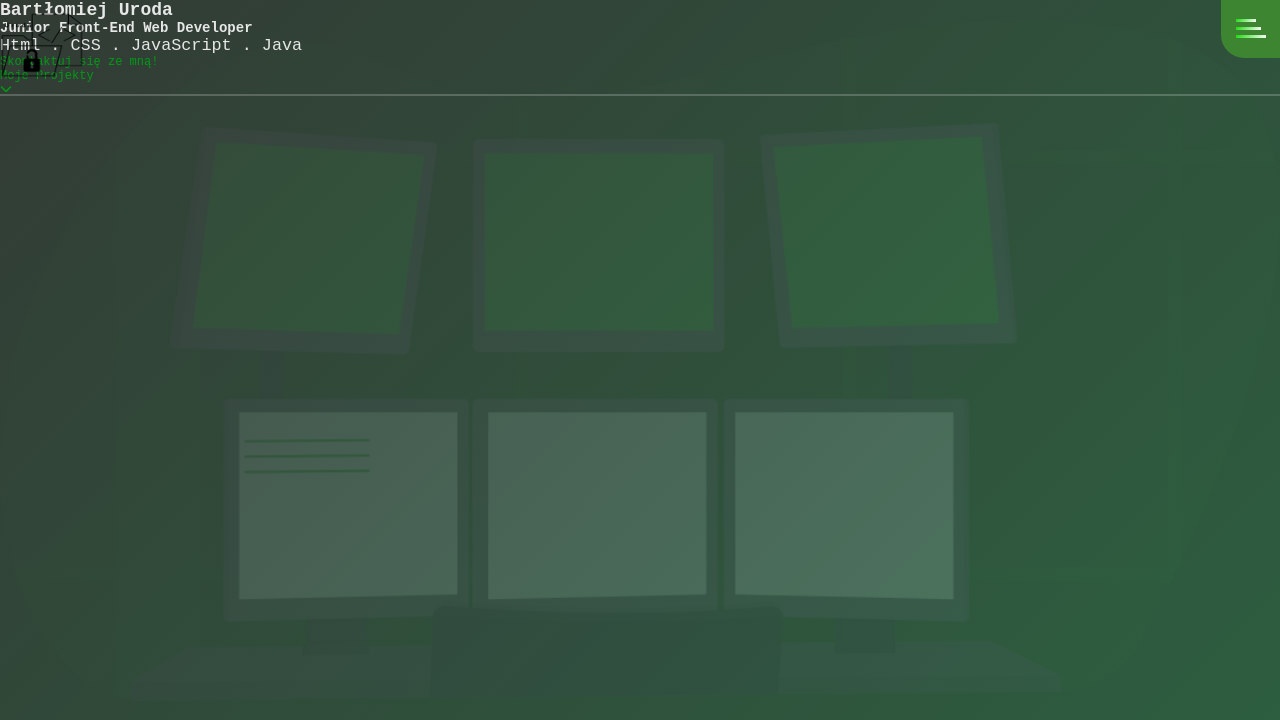
Repository: BartekUroda/portfolio
Page: index.html
The author's editor kept a copy of each file at every save. The page is drawn from the files as they stood at one save, then again after the next save.
The browser window is 1280 px wide. The pictures show the whole page.
Some web fonts or font styles are not loaded; a fallback is used. Some web libraries are served in a nearby version.

Above is the page before, as saved 2020-10-27 00:15:12.

### index.html
<!DOCTYPE html>
<html lang="en">
<head>
    <meta charset="UTF-8">
    <meta name="viewport" content="width=device-width, initial-scale=1.0">
    <title>Portfolio | Bartek Uroda</title>
    <link rel="stylesheet" type="text/css" href="css/style.css">
    <link href="https://fonts.googleapis.com/css2?family=Poppins&sfamily=Share+Tech+Mono&display=swap" rel="stylesheet">
    <script src="https://kit.fontawesome.com/056e5c10dc.js" crossorigin="anonymous"></script>
    <link rel="shortcut icon" type="image/x-icon" href="images/favicon.ico" />
</head>
<body>
    <header>
        <div class="container">
            <nav>
                <div class="nav-brand">
                    <a href="index.html">
                        <img src="images/logo.png" alt="Uroda">
                    </a>
                </div>
                <div class="burger-menu-icon">
                    <div class="line1"></div>
                    <div class="line2"></div>
                    <div class="line3"></div>
                </div>
                <ul class="nav-list">
                    <li class="nav-item">
                      <a href="#landing-page">
                        <img
                          src="images/profile.jpeg"
                          alt="Bartek Uroda"
                          class="profile-pic nav-link"
                        >
                        <span class="caption nav-link">Bartek Uroda</span>
                      </a>
                    </li>
                    <li class="nav-item">
                      <a href="#about" class="nav-link">O mnie</a>
                    </li>
                    <li class="nav-item">
                      <a href="#services" class="nav-link">Usługi</a>
                    </li>
                    <li class="nav-item">
                      <a href="#projects" class="nav-link">Projekty</a>
                    </li>
                    <li class="nav-item">
                      <a href="#contact" class="nav-link">Kontakt</a>
                    </li>
                    <li class="nav-item">
                      <a href="https://www.facebook.com/bartlomiej.uroda.3" target="_blank" class="nav-link">
                        <i class="fab fa-facebook"></i>
                      </a>
                      <a href="https://github.com/Urodii" target="_blank" class="nav-link">
                        <i class="fab fa-github"></i>
                      </a>
                      <a href="https://www.youtube.com/channel/UCzT1h5RNvmbtrmKT5hPjyAg?view_as=subscriber" target="_blank" class="nav-link">
                        <i class="fab fa-youtube"></i>
                      </a>
                    </li>
                  </ul>
            </nav>
        </div>
    </header>
    <main>
      <section id="landing-page" class="landing-page">
        <div class="container">
          <div class="main-message">
            <h2>Bartłomiej Uroda</h2>
            <h3>Junior Front-End Web Developer</h3>
            <p>Html . CSS . JavaScript . Java</p>
            <div class="intro-btn">
              <div class="cta">
                <a href="#contact" class="btn">Skontaktuj się ze mną!</a>
              </div>
              <div class="cta">
                <a href="#projects" class="btn">Moje Projekty</a>
              </div>
            </div>
            <div>
              <a href="#about" class="scroll-down">
                <i class="fa fa-chevron-down" aria-hidden="true"></i>
              </a>
            </div>
          </div>
        </div>
      </section>
    </main>
 <script type="text/javascript" src="js/main.js"></script>
</body>
</html>

### css/style.css
/* ----------GLOBAL STYLES---------- */
*,
*::before,
*::after {
  margin: 0;
  padding: 0;
  box-sizing: inherit;
}
html {
    font-family: "Share Tech Mono", monospace;
    font-size: 12px;
    box-sizing: border-box;
    scroll-behavior: smooth;
    color: #e7e7e7;
    background: rgb(49, 68, 56);
}

a {
    text-decoration: none;
    color: rgb(3, 155, 23);
}

a:hover {
    color: rgba(249, 105, 14, 1);
}

ul {
    list-style: none;
}

p {
    font-size: 1.4rem;
}

img {
    width: 100%;
    max-width: 100%;
    height: auto;
}
/* ----------HEADER---------- */
header {
    width: 100%;
    height: 5rem;
    position: absolute;
    top: 0;
    left: 0;
    z-index: 1;
}
.contenier {
    width: 100%;
    max-width: 90rem;
    margin: 0 auto;
    padding: 0 1.5rem;
}
.nav-brand {
    width: 7rem;
}
nav {
    width: 100%;
    display: flex;
    align-items: center;
    justify-content: space-between;
    padding: 1rem 0;
    border-bottom: 2px solid rgba(255, 255, 255, .2);
}
.line1 {
    width: 20px;
    height: 3px;
    margin: 5px 0;
    background: linear-gradient(
      135deg,
      rgb(27, 218, 10) 0%,
      rgb(255, 255, 255) 100%
    );
}
.line2 {
    width: 25px;
    height: 3px;
    background: linear-gradient(
      135deg,
      rgb(27, 218, 10) 0%,
      rgb(255, 255, 255) 100%
    );
}
.line3 {
    width: 30px;
    height: 3px;
    margin: 5px 0;
    background: linear-gradient(
      135deg,
      rgb(27, 218, 10) 0%,
      rgb(255, 255, 255) 100%
    );
}
.burger-menu-icon {
    cursor: pointer;
    z-index: 999;
    position: fixed;
    right: 0;
    top: 0;
    background-color: rgba(67, 145, 47, 0.815);
    padding: 1.2rem;
    border-radius: 0% 0% 0% 40%;
}
.profile-pic {
    height: 9rem;
    width: auto;
    border-radius: 50%;
    display: block;
    margin: 1.5rem 0;
}
.caption {
    display: block;
}
.nav-list {
    width: 24rem;
    height: 100vh;
    background-color:  rgb(69, 85, 75);
    position: fixed;
    top: 0;
    right: -26rem;
    display: flex;
    flex-direction: column;
    align-items: center;
    justify-self: start;
    z-index: 998;
    transition: all 650ms ease-in-out;
}
.nav-list.active {
    right: 0;
}
.nav-item {
    margin: 1.2rem 0;
}
.nav-link {
    opacity: 0;
    font-size: 1.3rem;
    text-transform: uppercase;
    color: #cecece;
    letter-spacing: 1.5px;
}
.nav-link:hover {
    color: rgb(62, 248, 15);
}
.toggle {
    background: none;
}
.toggle .line1 {
    transform: rotate(-45deg) translate(-5px, 6px) scalex(2);
}
.toggle .line2 {
    opacity: 0;
}
.toggle .line3 {
    width: 20px;
    transform: rotate(45deg) translate(-5px, -6px) scalex(2);
    margin-left: 0px;
}
@keyframes navLinkAnimate {
    from{
        opacity: 0;
        transform: translate(50px);
    }
    to{
        opacity: 1;
        transform: translate(0px);
    }
}
/* ----------MAIN---------- */
.landing-page{
    width: 100%;
    height: 100vh;
    background: linear-gradient(
        135deg,
        rgba(50, 58, 52, 0.9) 0%,
        rgba(44, 100, 65, 0.8) 100%
    ),
    url('../images/mainpage.png') center no-repeat;
    background-size: contain;
    position: relative;
}

### js/main.js
//eselect elements
const selectElement = (s) => document.querySelector(s);
const navLinks = document.querySelectorAll(".nav-link");

selectElement(".burger-menu-icon").addEventListener("click", () => {
    selectElement(".nav-list").classList.toggle("active");
    selectElement(".burger-menu-icon").classList.toggle("toggle")

    navLinks.forEach((link, index) => {
        if (link.style.animation){
            link.style.animation = ""
        }else{
            link.style.animation = `navLinkAnimate 0.5s ease forwards ${ index/7 + 0.5}s`
            console.log(index/7 + 0.5)
        }
    })
});

After the next save:
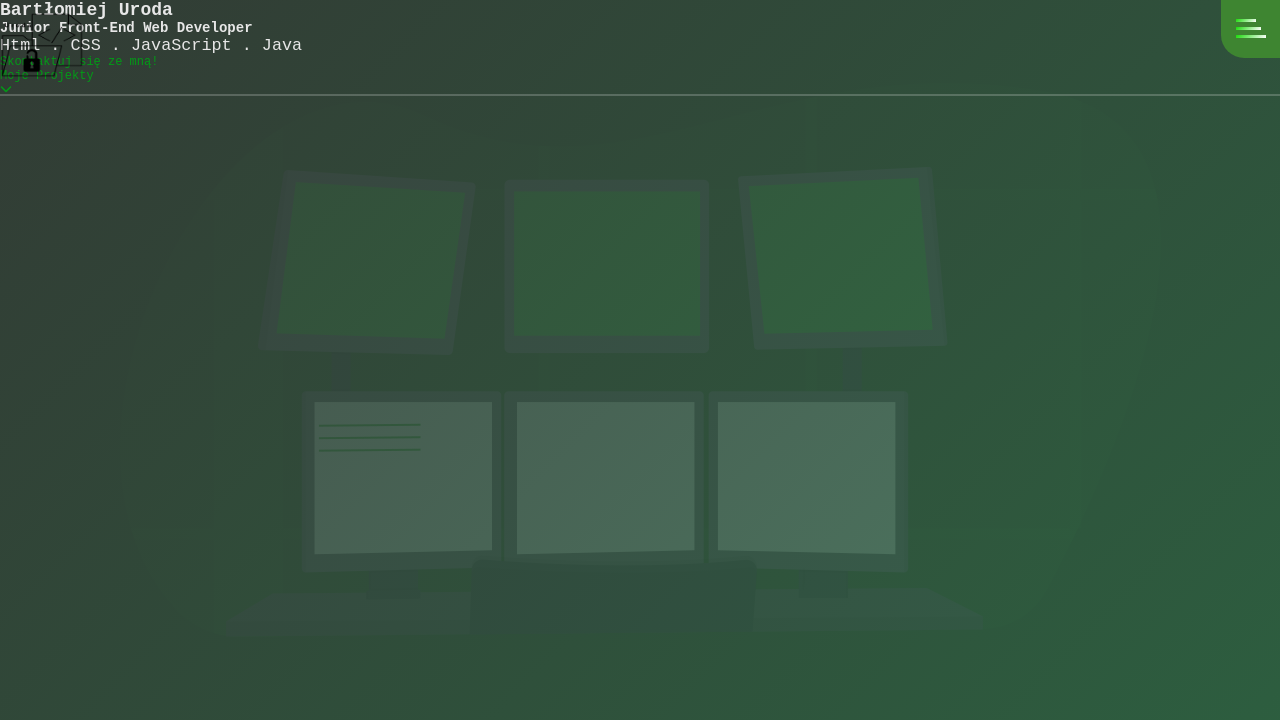
Saved 14 min 22 s later.
--- a/css/style.css
+++ b/css/style.css
@@ -176,6 +176,6 @@
         rgba(44, 100, 65, 0.8) 100%
     ),
     url('../images/mainpage.png') center no-repeat;
-    background-size: contain;
+
     position: relative;
 }

After the 2 saves that followed:
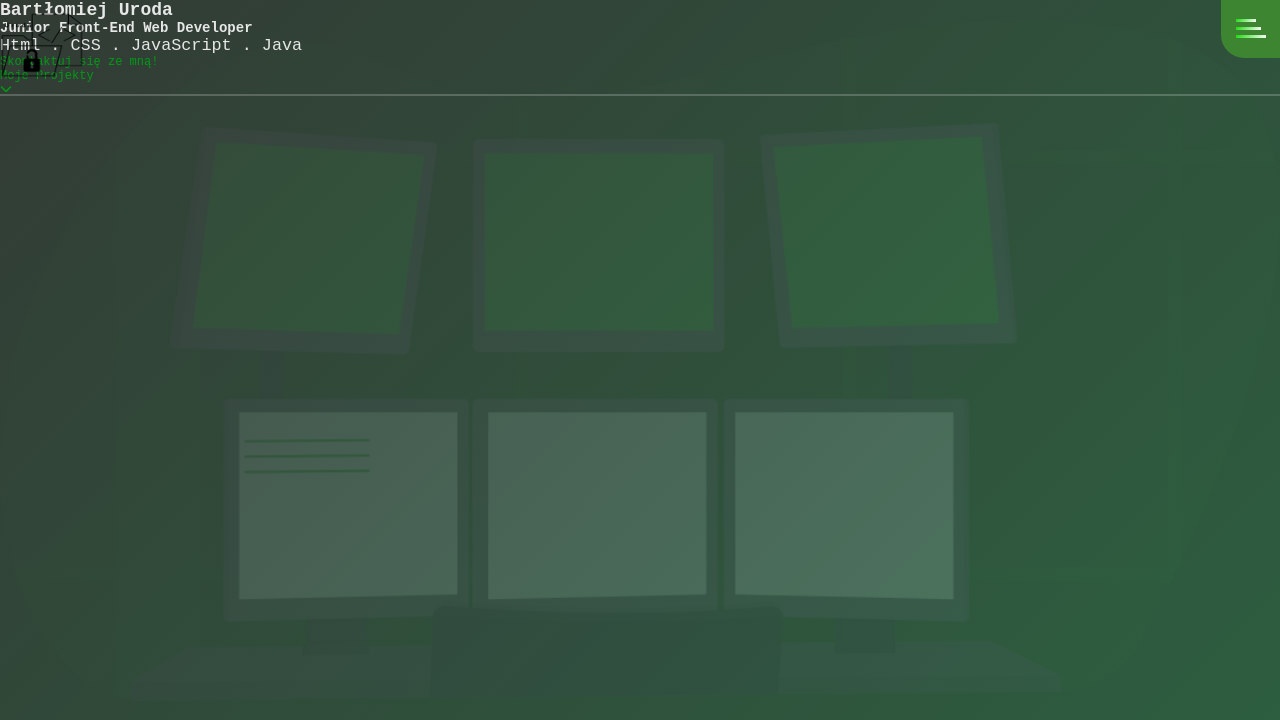
The 2 saves are shown as one change because 1 left the picture as it was.
The last was saved 21 s later.
--- a/css/style.css
+++ b/css/style.css
@@ -176,6 +176,6 @@
         rgba(44, 100, 65, 0.8) 100%
     ),
     url('../images/mainpage.png') center no-repeat;
-
+    background-size: contain;
     position: relative;
 }
